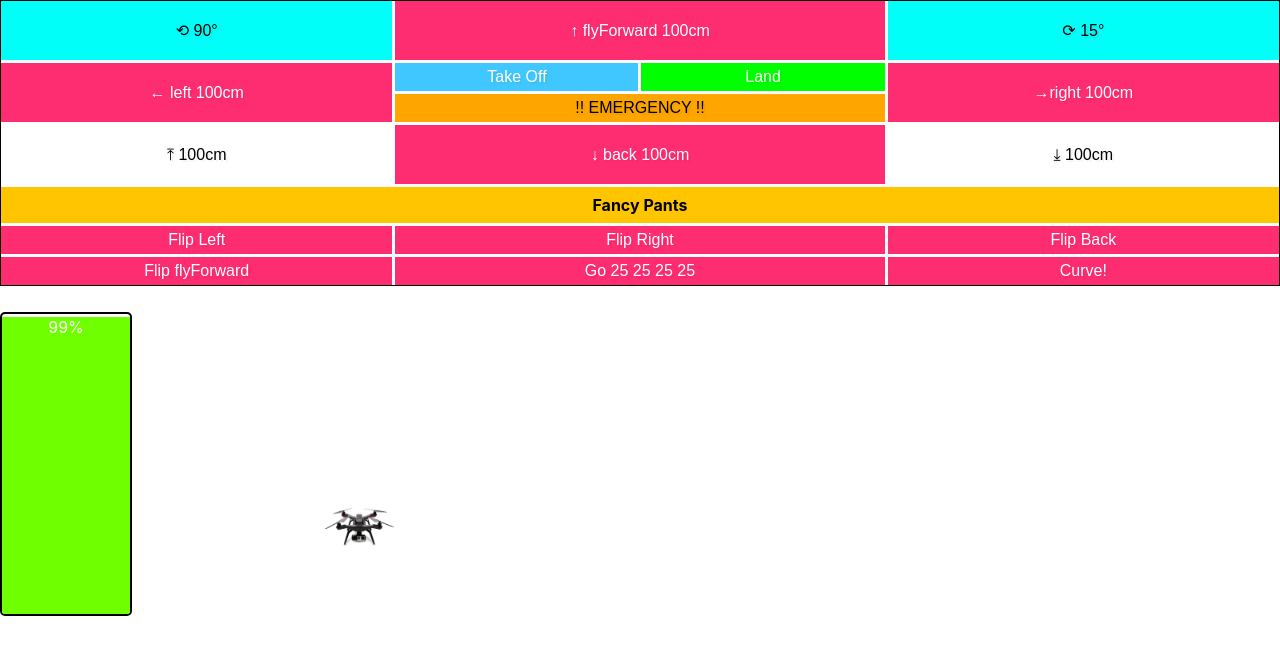
Repository: JivkoJelev91/Drone-Simulator
Page: /
An editor plug-in stored every save of this project. The page is shown before and after the next save, followed by the edit.
The browser window is 1280 px wide. The pictures show the whole page.
The project was rebuilt for these pictures with package versions that can differ from the ones it lists, and the page was loaded fresh each time.

Above is the page before, as saved 2018-12-21 15:22:45.

### src/index.css
body {
  margin: 0;
  padding: 0;
  font-family: -apple-system, BlinkMacSystemFont, "Segoe UI", "Roboto", "Oxygen",
    "Ubuntu", "Cantarell", "Fira Sans", "Droid Sans", "Helvetica Neue",
    sans-serif;
  -webkit-font-smoothing: antialiased;
  -moz-osx-font-smoothing: grayscale;
}

code {
  font-family: source-code-pro, Menlo, Monaco, Consolas, "Courier New",
    monospace;
}

.view{
  display:flex;
  padding-top:2%;
  width:100%;
  box-sizing: border-box;
  position: relative;
}

.parentDrone{
  padding-top: 10%;
  display:flex;
  justify-content: center;
  position: absolute;
  bottom:15%;
  /* transform: rotate(0deg);  */
}

.drone img {
  width: 100%;
}

.drone{
  width:10%;
}

.batteryStyles{
  width: 10%;
  height:300px;
  border: 2px solid black;
  border-radius: 5px;
  overflow: hidden;
  display: flex;
  flex-direction: column-reverse;
}

.batteryLevel {
  transition: all 0.5s;
  height: 100%;
  text-align: center;
  color: white;
  display: block;
  background: var(--color);
  background: #70ff00;
}

.CommandGrid{
  display: grid;
  grid-template-columns: 1fr 1.25fr 1fr;
  grid-template-rows: repeat(3, 1fr);
  border: 1px solid black;
  grid-gap: 3px;
}

.CommandGrid .center{
  display: grid;
  grid-gap: 3px;
  grid-template-columns: 1fr 1fr;
}

.CommandGrid h2{
  grid-column: 1 / -1;
  background: #ffc600;
  margin: 0;
  font-size: 1rem;
  text-align: center;
  padding: 0.5rem;
  color: black;
}

.CommandGrid .center button:last-child{
  grid-column: span 2;
}

.CommandGrid   button {
  text-shadow: 2px 2px 0 rgba(0, 0, 0, 0.05);
  border: 0;
  background: #fe2c70;
  border: 4px solid transparent;
  color: white;
  font-size: 1rem;
  position: relative;
}
.CommandGrid button:active{
  top: 2px;
}
.CommandGrid button:focus{
  outline: 0;
  border-color: #ffc600;
}
.CommandGrid button.takeoff{
  background: #41c7ff;
}
.CommandGrid button.land{
  background: #00ff00;
}
.CommandGrid button.emergency{
  background: orange;
  text-transform: uppercase;
  color: black;
}
.CommandGrid button.rotate{
  background: #00fff9;
  color: black;
}
.CommandGrid button.height{
  background: #fff;
  color: black;
}
.CommandGrid button.span.symbol {
  display: block;
  font-size: 2rem;
  font-weight: 400;
}

.CommandGrid button.innactiveBtns{
  pointer-events: none;
  background-color: grey;
  border-color: grey;
}

### src/App.js
import React, { Component } from 'react';
import Buttons from './Buttons/Buttons';
import './App.css';

class App extends Component {
  render() {
    return (
        <div className="App">
            <Buttons />
        </div>
    );
  }
}

export default App;

### src/Buttons/Buttons.js
import React, { Component } from 'react';
import Battery from './Battery';
import Drone from './Drone'

class Buttons extends Component{
  constructor(props){
    super(props)
    this.amount = 100;
    this.counter = 0;
    this.state = {
      forward: 20,
      left:0,
      right:0,
      isActive: true,
    }
  }

  rotate(){
    return console.log('rotate!!');
  }

  flyForward = () => {
    this.setState({
      forward: 60,
      isActive: false
    })
    setTimeout( async () => {
      await this.setState({forward: 20})
      await this.setState({isActive: true})
    }, 2000);
  }

  left = () => {
    this.setState({
      left: 40,
      isActive: false
    })
  }

  right(){
      return console.log('right');
  }

  back(){
      return console.log('back');
  }

  takeOff(){
      return console.log('takeOff');
  }

  flipLeft(){
      return console.log('flipLeft');
  }

  flipRight(){
      return console.log('flipRight');
  }

  flipflyForward(){
      return console.log('flipflyForward');
  }

  flipBack(){
      return console.log('flipBack');
  }

  hight(){
      return console.log('hight');
  }

  low(){
      return console.log('low');
  }

  land(){
      return console.log('land');
  }

  emergency(){
      return console.log('emergency');
  }

  render(){
    return (
      <div id="wrapper">
        <div className="CommandGrid">

        <button className="rotate" onClick={this.rotate}>
          <span className="symbol">⟲</span> 90°
        </button>
        <button onClick={this.flyForward} className={!this.state.isActive ? 'innactiveBtns' : null}>
          <span className="symbol">↑</span> flyForward {this.amount}cm
        </button>

        <button className="rotate" onClick={this.rotate}>
          <span className="symbol">⟳</span> 15°
        </button>
        <button onClick={this.left}>
          <span className="symbol">←</span> left {this.amount}cm
        </button>
        <div className="center">
          <button className="takeoff" onClick={this.takeOff}>
            Take Off
          </button>
          <button className="land" onClick={this.land}>
            Land
          </button>
          <button className="emergency" onClick={this.emergency}>
            !! emergency !!
          </button>
        </div>
        <button onClick={this.right}>
          <span className="symbol">→</span>
          right {this.amount}cm
        </button>
        <button className="height" onClick={this.hight}>
          <span className="symbol">⤒</span> {this.amount}cm
        </button>
        <button onClick={this.back}>
          <span className="symbol">↓</span> back {this.amount}cm
        </button>
        <button className="height" onClick={this.low}>
          <span className="symbol">⤓</span> {this.amount}cm
        </button>
        <h2>Fancy Pants</h2>
        <button onClick={this.flipLeft}>Flip Left</button>
        <button onClick={this.flipRight}>Flip Right</button>
        <button onClick={this.flipBack}>Flip Back</button>
        <button onClick={this.flipflyForward}>Flip flyForward</button>
        <button onClick={console.log('TODO')}>Go 25 25 25 25</button>
        <button onClick={console.log('TODO')}>
          Curve!
        </button>
    </div>
        <div className="view">
              <Battery />
              <Drone state={this.state}/>
          </div>
    </div>
    )
  }
}

export default Buttons;

### src/Buttons/Battery.js
import React, {Component}  from 'react';


class Battery extends Component {
  constructor(){
    super();
    this.state = {
      batteryLevel: 0
    }
    this.countdown = null;
    this.counter = 0;
  }

  lowBattery = () => {
      this.setState({
        batteryLevel: parseInt((10000 - ++this.counter) / 100)
      });
  }

  componentDidMount() {
    this.countdown = setInterval(this.lowBattery, 1000);
  }

  componentWillUnmount() {
    if(this.batteryLevel === 0) clearInterval(this.countdown);
  }

  componentWillMount(){
    this.lowBattery();
  }

  render() {
    return (
      <div className="batteryStyles">
          <span className="batteryLevel" style={{ height:`${ this.state.batteryLevel }%`}}>{this.state.batteryLevel}%</span>
      </div>
    );
  }
}

export default Battery;

### src/Buttons/Drone.js
import React from 'react';
import dronePic from '../images/drone.png'

function Drone(props) {
  const styles ={
    bottom: `${props.state.forward}%`,
    left: `${props.state.left}%`,
    transition: `bottom 1.2s ease-in`,
    transition: `left 1.2s ease-in`,
  }
  return (
    <div className="parentDrone" style={styles}>
      <div className="drone" >
        <img src={dronePic} alt="drone" />
      </div>
    </div>
  );
}

export default Drone;

Loaded but not shown: public/index.html (common file); src/index.js (common file); src/serviceWorker.js (common file); src/App.css (common file)

After the next save:
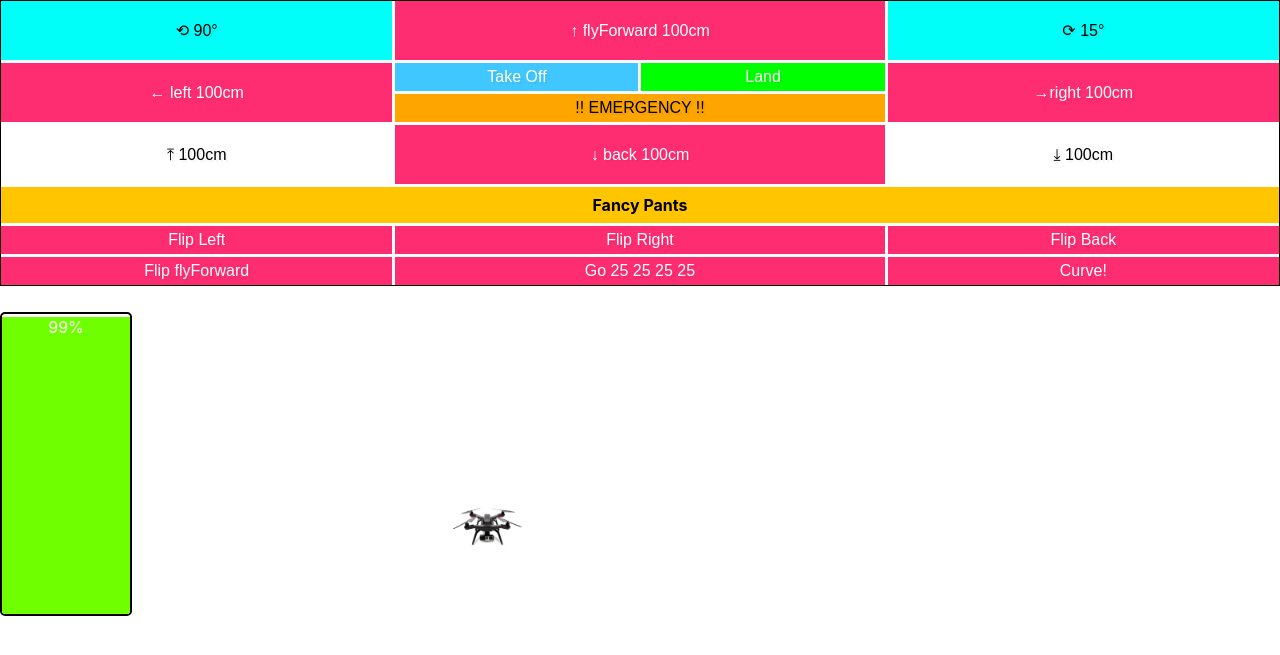
Saved 60 s later.
--- a/src/Buttons/Buttons.js
+++ b/src/Buttons/Buttons.js
@@ -9,7 +9,7 @@
     this.counter = 0;
     this.state = {
       forward: 20,
-      left:0,
+      left:10,
       right:0,
       isActive: true,
     }
